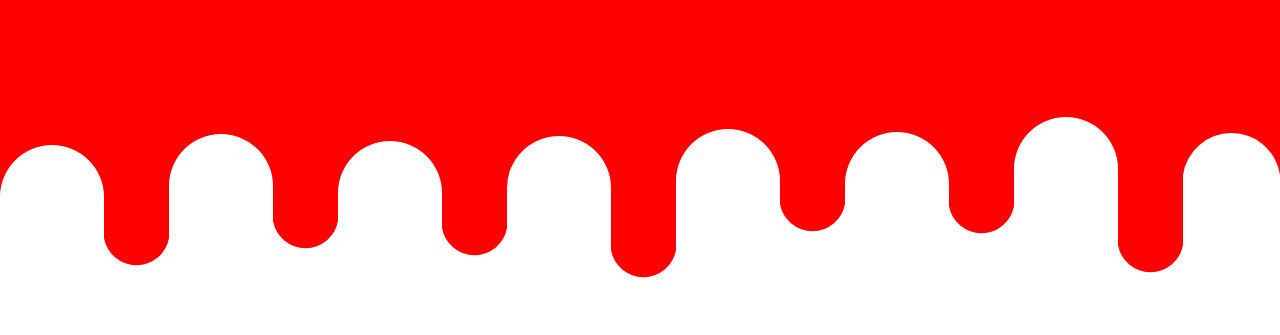
Repository: l-ollie/drip
Page: index.html
An editor plug-in stored every save of this project. The page is shown before and after the next save, followed by the edit.
The browser window is 1280 px wide. The pictures show the whole page.

Above is the page before, as saved 2022-06-30 18:30:02.

After the next save:
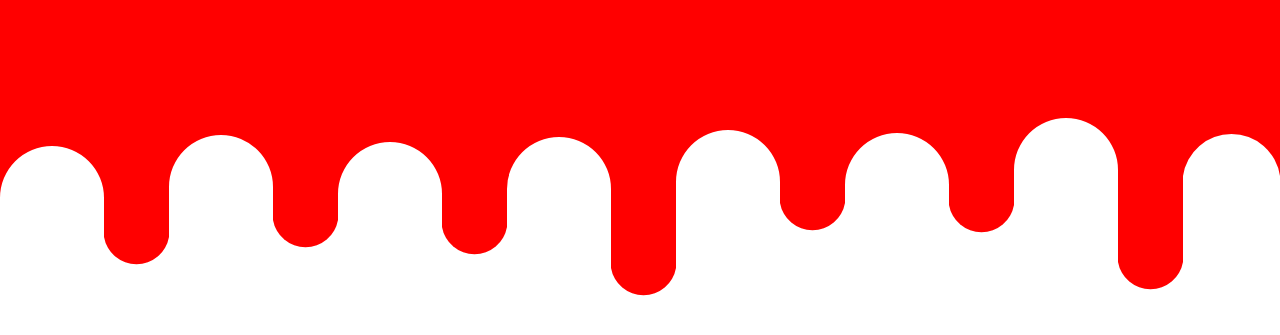
Saved 69 s later.
--- a/drip.js
+++ b/drip.js
@@ -27,12 +27,13 @@ function makeSVG() {
 		let arc;
 		const idNames = [ 'drip', 'curve' ];
 		let idName;
-		const random = Math.random() * 50 + 1;
+		let random = Math.random() * 50;
 
 		if (i % 2 !== 0) {
 			isLow = true;
 			arc = dripLow;
 			width = Math.ceil(width * 0.75);
+			if (random > 40) random *= 1.4;
 			height = Math.ceil(height + random);
 		} else {
 			isLow = false;
